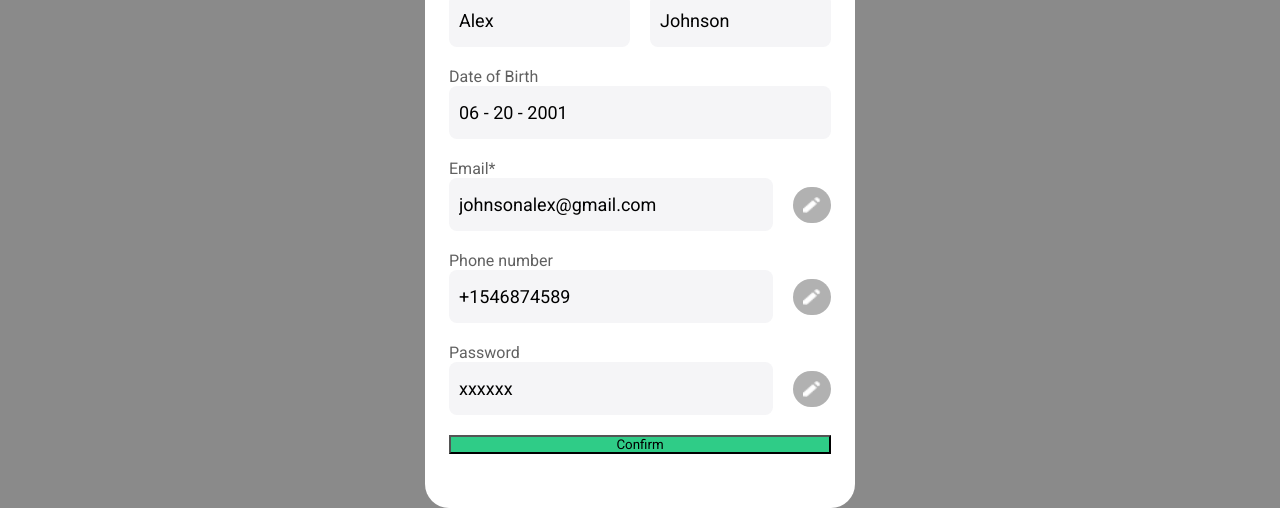
Repository: AytacSafarova/Task-figma-ui
Page: index.html
The author's editor kept a copy of each file at every save. The page is drawn from the files as they stood at one save, then again after a run of saves.
The browser window is 1280 px wide. The pictures show the part of the page from y = 300 to 824 px (the page is 808 px tall before and 824 px after).

Above is the page before, as saved 2023-02-25 17:14:52.

After the next 3 saves:
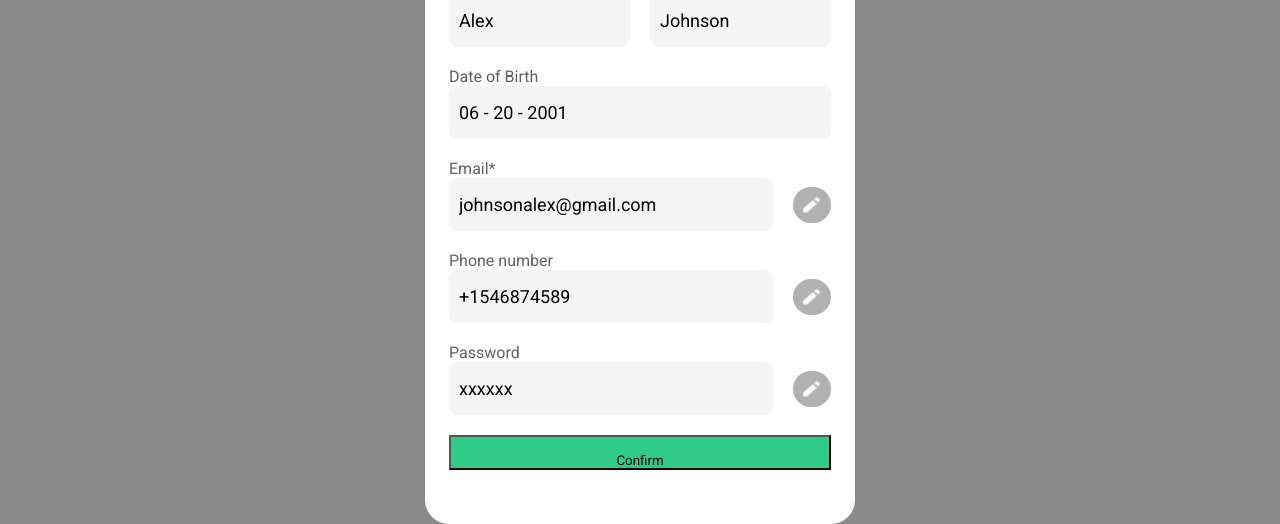
The 3 saves are shown as one change because they came seconds apart.
The last was saved 25 s later.
--- a/index.css
+++ b/index.css
@@ -101,6 +101,6 @@ button{
     background-color: #2FCC87
     ;
     width: 100%;
-    padding: 16px, 0px, 16px, 0px
+    padding-top: 16px
     ;
 }
